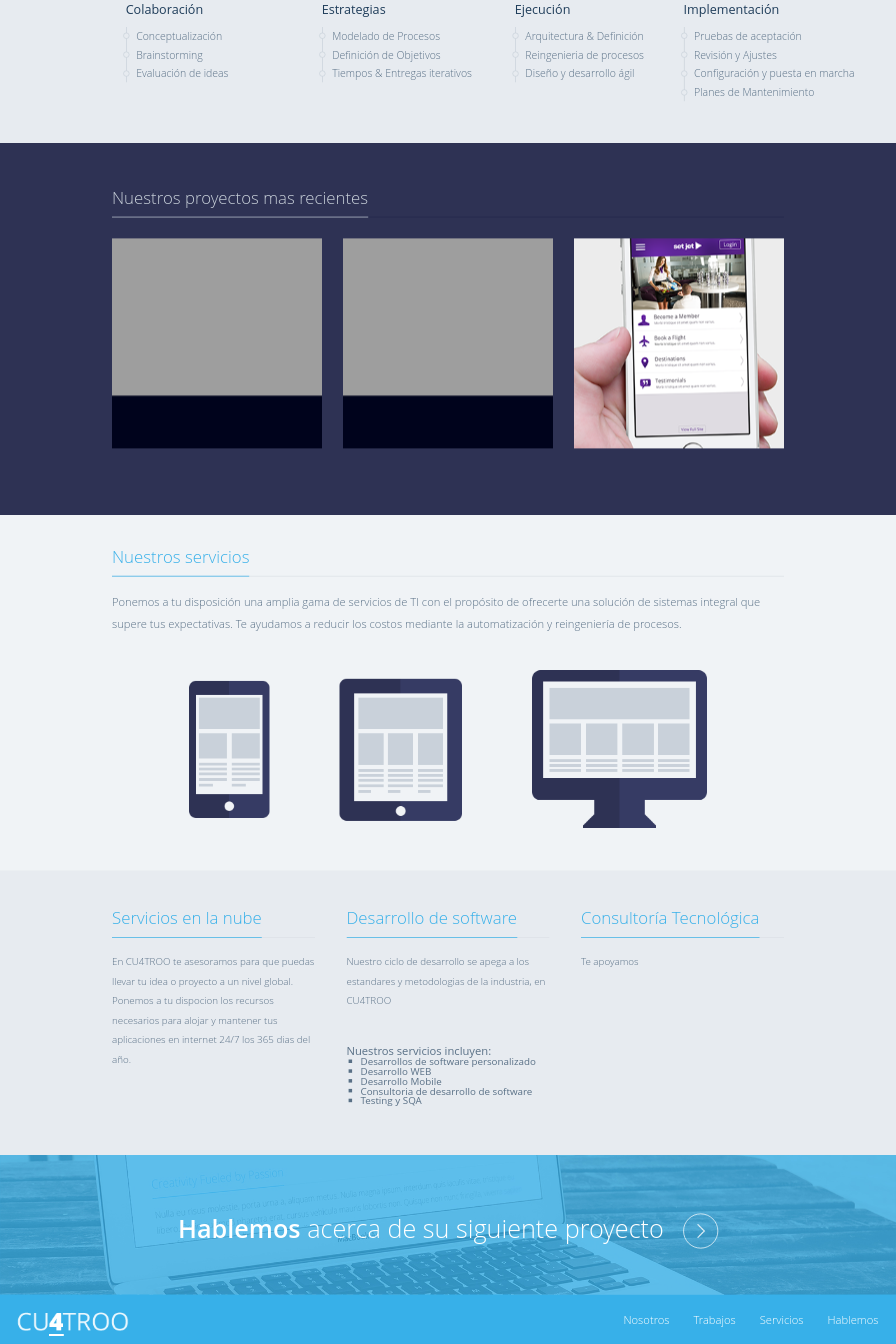
Repository: cuatroo/website
Page: index.html
The author's editor kept a record of every edit. The page is drawn from the files as they stood at one moment, then again after the next edit.
The browser window is 1280 px wide. The pictures show the part of the page from y = 1071 to 2991 px (the page is 2991 px tall before and 2941 px after), at 70% of full size.
Pictures or frames that could not be fetched are drawn as grey boxes. Some web libraries are served in a nearby version.

Above is the page before.
Console error (its wording comes from the project's code and is left out).

After the next edit:
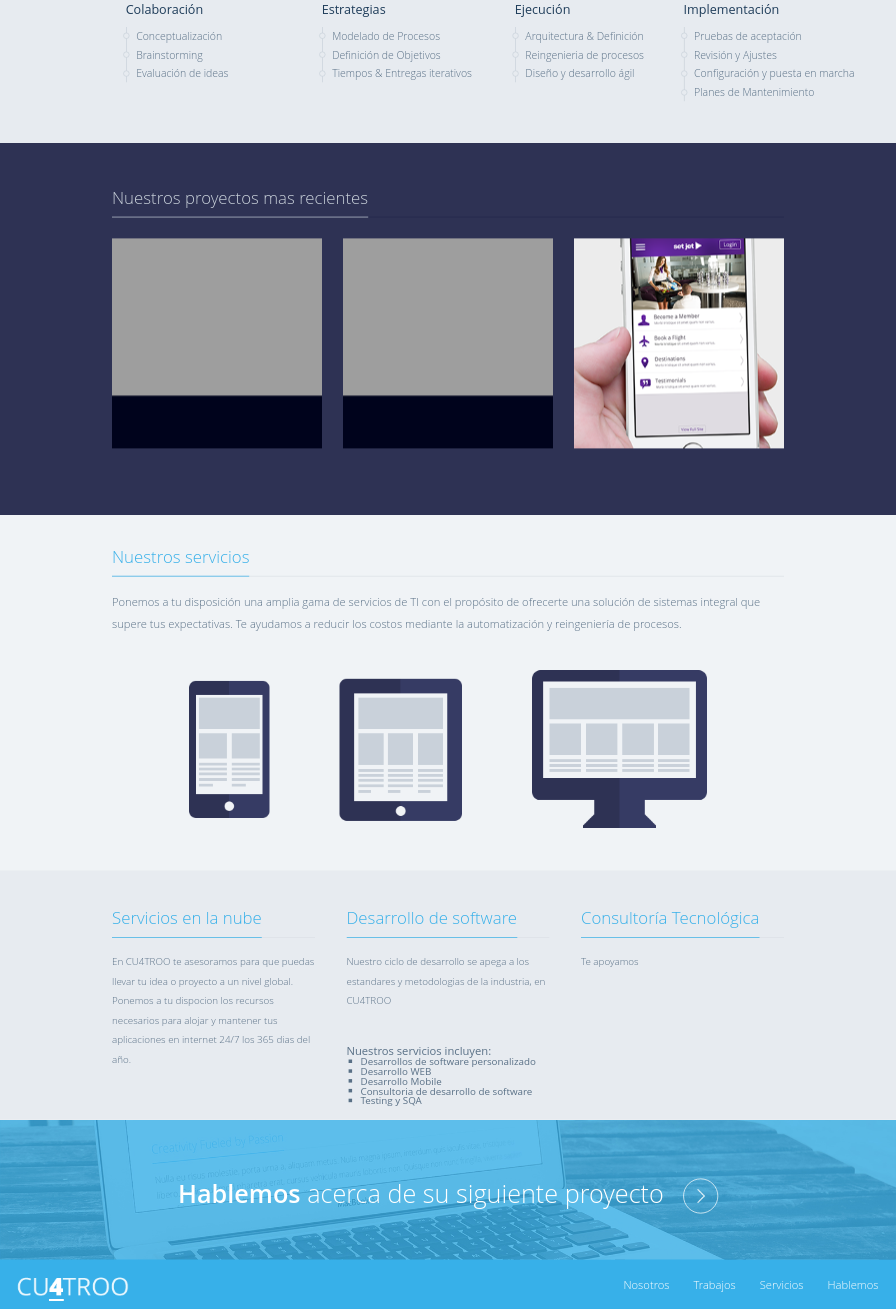
The edit:
--- a/index.html
+++ b/index.html
@@ -231,7 +231,7 @@
 												<li>Consultoria de desarrollo de software</li>
 												<li>Testing y SQA</li>
 											</ul>
-											</p>
+
 
 								</div>
 								<div class="column">
